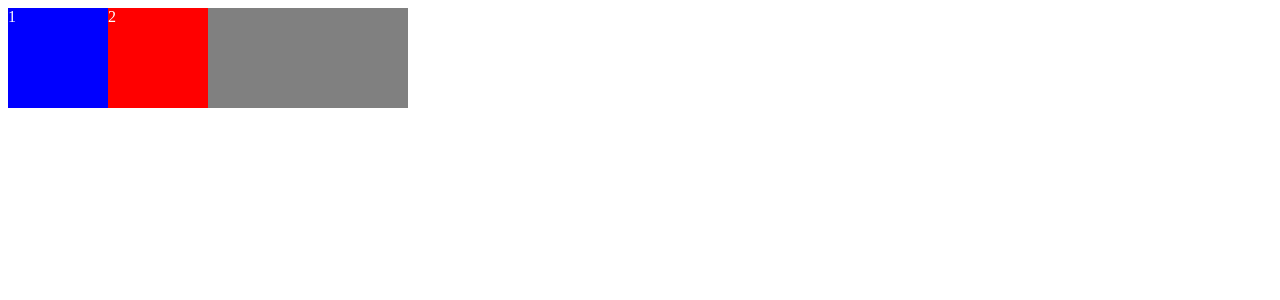
Repository: TaichiOzaki/1st_all
Page: html/css_intro_issue/index.html
The author's editor kept a record of every edit. The page is drawn from the files as they stood at one moment, then again after the next edit.
The browser window is 1280 px wide. The pictures show the whole page.

Above is the page before.

After the next edit:
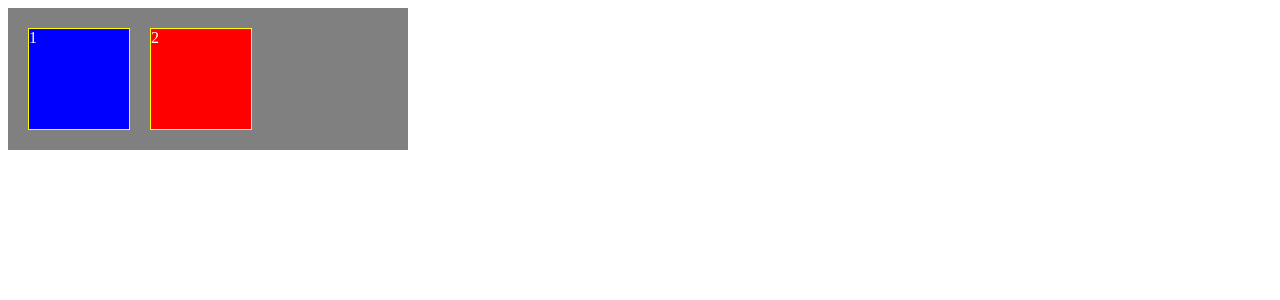
The edit:
--- a/html/css_intro_issue/css/style.css
+++ b/html/css_intro_issue/css/style.css
@@ -17,7 +17,7 @@
   color: #fff;
  }
 
-button1 {
+.box {
   border: 1px solid yellow;
  box-sizing: border-box;
 
